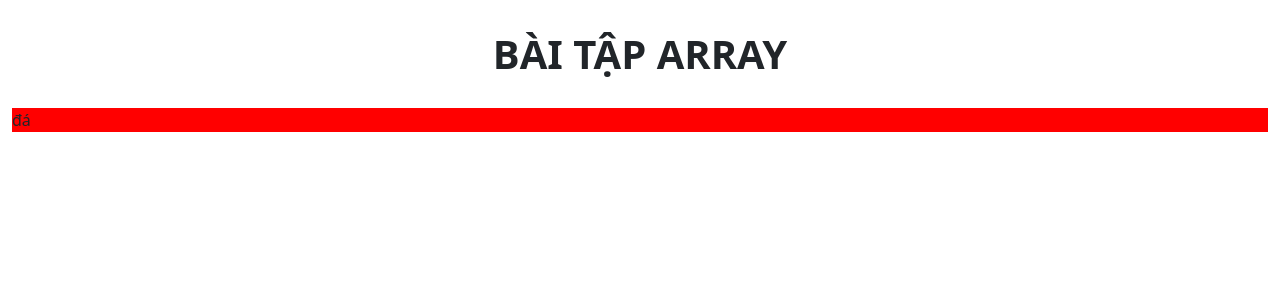
Repository: hcozyph/TranHuuPhuoc_BC43_BT_JS_Buoi7_8_ARRAY
Page: index.html
The author's editor kept a copy of each file at every save. The page is drawn from the files as they stood at one save, then again after a run of saves.
The browser window is 1280 px wide. The pictures show the whole page.

Above is the page before, as saved 2023-02-20 11:17:52.

### index.html
<!DOCTYPE html>
<html lang="en">
    <head>
        <title>BT Array</title>
        <!-- Required meta tags -->
        <meta charset="utf-8" />
        <meta
            name="viewport"
            content="width=device-width, initial-scale=1, shrink-to-fit=no"
        />

        <!-- Bootstrap CSS v5.2.1 -->
        <link
            href="https://cdn.jsdelivr.net/npm/bootstrap@5.2.1/dist/css/bootstrap.min.css"
            rel="stylesheet"
            integrity="sha384-iYQeCzEYFbKjA/T2uDLTpkwGzCiq6soy8tYaI1GyVh/UjpbCx/TYkiZhlZB6+fzT"
            crossorigin="anonymous"
        />

        <!-- index.css -->
        <link rel="stylesheet" href="./css/index.css" />
    </head>

    <body>
        <div class="container">
            <div class="bt-array-title d-block text-center my-4">
                BÀI TẬP ARRAY
            </div>

            <div class="bt-array-content">
                <div class="bt1">đá</div>
            </div>
        </div>

        <!-- Bootstrap JavaScript Libraries -->
        <script
            src="https://cdn.jsdelivr.net/npm/@popperjs/core@2.11.6/dist/umd/popper.min.js"
            integrity="sha384-oBqDVmMz9ATKxIep9tiCxS/Z9fNfEXiDAYTujMAeBAsjFuCZSmKbSSUnQlmh/jp3"
            crossorigin="anonymous"
        ></script>

        <script
            src="https://cdn.jsdelivr.net/npm/bootstrap@5.2.1/dist/js/bootstrap.min.js"
            integrity="sha384-7VPbUDkoPSGFnVtYi0QogXtr74QeVeeIs99Qfg5YCF+TidwNdjvaKZX19NZ/e6oz"
            crossorigin="anonymous"
        ></script>

        <!-- method.js -->
        <link rel="stylesheet" href="./js/method.js" />

        <!-- index.js -->
        <script src="./js/index.js"></script>
    </body>
</html>

### css/index.css
* {
    margin: 0;
    padding: 0;
    box-sizing: border-box;
}

.container {
    margin: 0 auto;
    max-width: 1440px;
}

.bt-array-title {
    font-size: 40px;
    font-weight: 800;
}

.bt-array-content {
    background: red;
}

Loaded but not shown: js/index.js (no copy from this time; the picture is the same without it); js/method.js (no stored copy; drawn as an empty file)

After the next 2 saves:
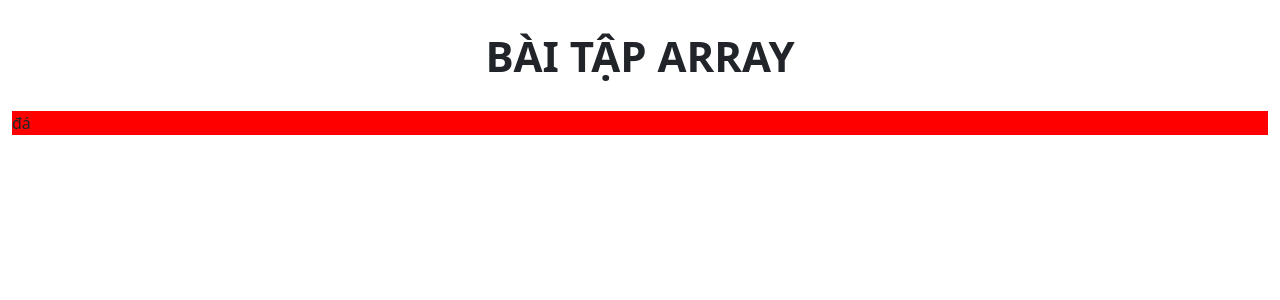
The 2 saves are shown as one change because they came seconds apart.
The last was saved 11 s later.
--- a/css/index.css
+++ b/css/index.css
@@ -10,8 +10,8 @@
 }
 
 .bt-array-title {
-    font-size: 40px;
-    font-weight: 800;
+    font-size: 42px;
+    font-weight: 700;
 }
 
 .bt-array-content {
